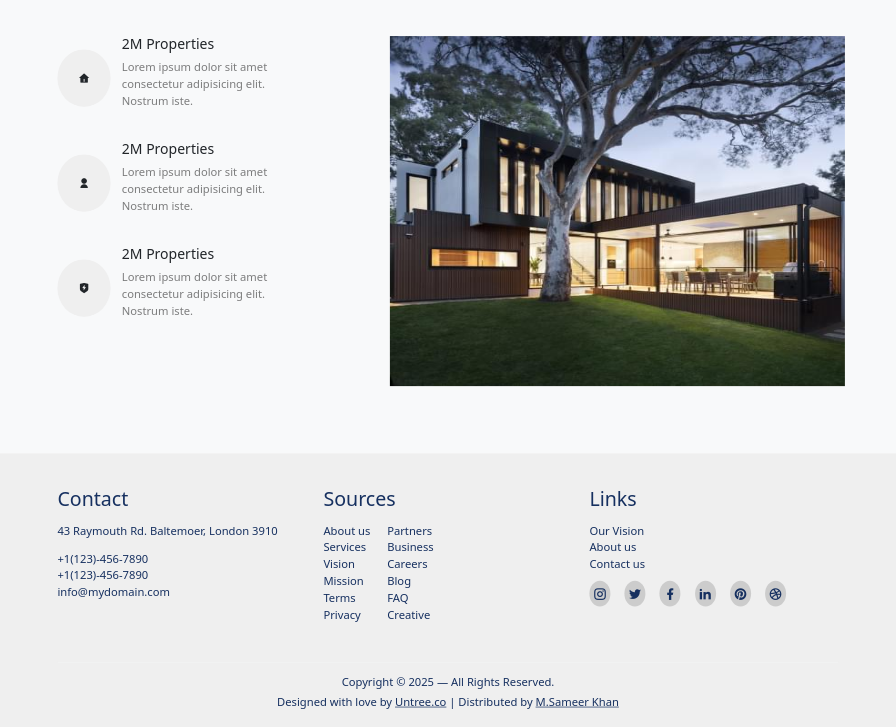
Repository: sameerrrrkhan911-git/Property
Page: about.html
The author's editor kept a copy of each file at every save. The page is drawn from the files as they stood at one save, then again after a run of saves.
The browser window is 1280 px wide. The pictures show the part of the page from y = 1151 to 3071 px (the page is 2190 px tall before and 3071 px after), at 70% of full size.
Some web libraries are served in a nearby version.

Above is the page before, as saved 2025-09-28 18:34:56.
Console error: TypeError: Cannot read properties of undefined (reading 'length')

### about.html
<!DOCTYPE html>
<html lang="en">
<head>
    <meta charset="utf-8">
    <meta name="viewport" content="width=device-width, initial-scale=1">
    <title>Property</title>

    <!--====== LINKS ========-->
    <link href="https://cdn.jsdelivr.net/npm/bootstrap@5.3.8/dist/css/bootstrap.min.css" rel="stylesheet">
    <link
        href="https://fonts.googleapis.com/css2?family=Montserrat:wght@400;600&family=Open+Sans:wght@400;600&display=swap"
        rel="stylesheet">
    <link href="https://unpkg.com/aos@2.3.1/dist/aos.css" rel="stylesheet">
    <link href="https://cdn.jsdelivr.net/npm/remixicon@4.5.0/fonts/remixicon.css" rel="stylesheet">
    <link href="https://cdnjs.cloudflare.com/ajax/libs/tiny-slider/2.9.4/tiny-slider.css" rel="stylesheet">
    <link rel="stylesheet" href="assets/css/style2.css">
    <link rel="stylesheet" href="assets/css/style.css">

</head>
<body>

<!--=====HEADER=====-->
    <header>
        <section id="Right-Step">
            <div class="bg-holder overlay overlay-elixir">
            </div>

            <!-- Navbar -->
            <nav
                class="navbar navbar-expand-lg green-color p-3 mt-4 sticky-top position-absolute top-0 start-50 translate-middle-x w-75 rounded-3 shadow">
                <div class="container-fluid">
                    <!-- Brand -->
                    <a class="navbar-brand text-white fw-bold" href="#">Property</a>

                    <!-- Toggler for Mobile -->
                    <button class="navbar-toggler bg-light" type="button">
                        <span class="navbar-toggler-icon"></span>
                    </button>

                    <!-- Navbar Links -->
                    <div class="collapse navbar-collapse" id="navbarNavDropdown">
                        <ul class="navbar-nav ms-auto">
                            <li class="nav-item">
                                <a class="nav-link text-white active" aria-current="page" href="index.html">Home</a>
                            </li>
                            <li class="nav-item dropdown">
                                <a class="nav-link dropdown-toggle text-white" href="#" role="button"
                                    data-bs-toggle="dropdown" aria-expanded="false">
                                    Properties
                                </a>
                                <ul class="dropdown-menu">
                                    <li><a class="dropdown-item" href="#">Action</a></li>
                                    <li><a class="dropdown-item" href="#">Another action</a></li>
                                    <li><a class="dropdown-item" href="#">Something else here</a></li>
                                </ul>
                            </li>
                            <li class="nav-item"><a class="nav-link text-white" href="service.html">Service</a></li>
                            <li class="nav-item"><a class="nav-link text-white" href="about.html">About</a></li>
                            <li class="nav-item"><a class="nav-link text-white" href="contact.html">Contact Us</a></li>
                        </ul>
                    </div>
                </div>
            </nav>

            <!--/.bg-holder-->
            <div class="forbg py-5">
                <div class="container">

                    <div class="row justify-content-center align-items-center">
                        <div class="col-lg-9 text-center mt-5">
                            <h1 class="heading aos-init aos-animate white mt-3 fw-bold" data-aos="fade-up">About</h1>

                            <nav aria-label="breadcrumb" data-aos="fade-up" data-aos-delay="200"
                                class="aos-init aos-animate">
                                <ol class="breadcrumb text-center justify-content-center">
                                    <li class="breadcrumb-item"><a href="index.html" style="color: white;">Home</a></li>
                                    <li class="ms-2 me-2 text-white-50" aria-current="page">
                                        /
                                    </li>
                                    <li class="breadcrumb-item active text-white-50" aria-current="page">
                                        About
                                    </li>
                                </ol>
                            </nav>
                        </div>
                    </div>
                </div>
            </div><!-- end of .container-->
        </section>
    </header>

    <!--====MAIN====-->

    <main>

<div class="section">
      <div class="container">
        <div class="row text-left mb-5 py-5">
          <div class="col-12">
            <h2 class="font-weight-bold heading  mb-4">About Us</h2>
          </div>
          <div class="col-lg-6">
            <p class="text-black-50">
              Lorem ipsum dolor sit amet consectetur adipisicing elit. Numquam
              enim pariatur similique debitis vel nisi qui reprehenderit totam?
              Quod maiores.
            </p>
            <p class="text-black-50">
              Lorem ipsum dolor sit amet consectetur adipisicing elit. Magni
              saepe, explicabo nihil. Est, autem error cumque ipsum repellendus
              veniam sed blanditiis unde ullam maxime veritatis perferendis
              cupiditate, at non esse!
            </p>
            <p class="text-black-50">
              Enim, nisi labore exercitationem facere cupiditate nobis quod
              autem veritatis quis minima expedita. Cumque odio illo iusto
              reiciendis, labore impedit omnis, nihil aut atque, facilis
              necessitatibus asperiores porro qui nam.
            </p>
          </div>
          <div class="col-lg-6">
            <p class="text-black-50">
              Lorem ipsum dolor sit amet consectetur adipisicing elit. Magni
              saepe, explicabo nihil. Est, autem error cumque ipsum repellendus
              veniam sed blanditiis unde ullam maxime veritatis perferendis
              cupiditate, at non esse!
            </p>
            <p class="text-black-50">
              Enim, nisi labore exercitationem facere cupiditate nobis quod
              autem veritatis quis minima expedita. Cumque odio illo iusto
              reiciendis, labore impedit omnis, nihil aut atque, facilis
              necessitatibus asperiores porro qui nam.
            </p>
          </div>
        </div>
      </div>
    </div>

 <!--Lets find home that is perfect for you  -->

      <div class="section section-4 bg-light py-5">
        <div class="container">
          <div class="row justify-content-center text-center mb-5">
            <div class="col-lg-5">
              <h2 class="font-weight-bold mb-4">
                Let's find home that's perfect for you
              </h2>
              <p class="text-black-50">
                Lorem ipsum dolor sit amet consectetur adipisicing elit. Numquam
                enim pariatur similique debitis vel nisi qui reprehenderit.
              </p>
            </div>
          </div>
          <div class="row justify-content-between mb-5 ">

            <div class="col-lg-7 mb-5 mb-lg-0 order-lg-2">
              <div class="img-about dots">
                <img src="./assets/images/img_2.jpg" alt="Image"  width="650px" height="500px">
              </div>
            </div>
            <div class="col-lg-4">
              <div class="d-flex align-items-center marginn">
                <span class="wrap-icon me-3">
                  <span class="icon-home2" style="border-radius: 50%; padding: 30px; background-color: #efefef;"><i
                      class="ri-home-4-fill"></i></span>
                </span>
                <div class="feature-text">
                  <h3 class="fs-5">2M Properties</h3>
                  <p class="text-black-50">
                    Lorem ipsum dolor sit amet consectetur adipisicing elit.
                    Nostrum iste.
                  </p>
                </div>
              </div>

              <div class="d-flex align-items-center marginn">
                <span class="wrap-icon me-3">
                  <span class="icon-home2" style="border-radius: 50%; padding: 30px; background-color: #efefef;"><i
                      class="ri-user-fill"></i></span>
                </span>
                <div class="feature-text">
                  <h3 class="fs-5">2M Properties</h3>
                  <p class="text-black-50">
                    Lorem ipsum dolor sit amet consectetur adipisicing elit.
                    Nostrum iste.
                  </p>
                </div>
              </div>

              <div class="d-flex align-items-center marginn">
                <span class="wrap-icon me-3">
                  <span class="icon-home2" style="border-radius: 50%; padding: 30px; background-color: #efefef;"><i
                      class="ri-shield-flash-fill"></i></span>
                </span>
                <div class="feature-text">
                  <h3 class="fs-5">2M Properties</h3>
                  <p class="text-black-50">
                    Lorem ipsum dolor sit amet consectetur adipisicing elit.
                    Nostrum iste.
                  </p>
                </div>
              </div>
            </div>

          </div>
        </div>
      </div>
<!--  -->

    </main>

<!-- FOOTER -->
<footer class="greyy py-5 pb-4 grey">

  <div class="container">
    <div class="row">

      <!-- Contact -->
      <div class="col-lg-4 col-md-6 mb-4">
        <h3 class="mb-3 font-color">Contact</h3>
        <address class="mb-3 font-color">43 Raymouth Rd. Baltemoer, London 3910</address>
        <ul class="list-unstyled">
          <li><a href="tel://11234567890" class=" text-decoration-none" style="color: #163060;">+1(123)-456-7890</a></li>
          <li><a href="tel://11234567890" class=" text-decoration-none" style="color: #163060;">+1(123)-456-7890</a></li>
          <li><a href="mailto:info@mydomain.com" class=" text-decoration-none" style="color: #163060;">info@mydomain.com</a></li>
        </ul>
      </div>

      <!-- Sources -->
      <div class="col-lg-4 col-md-6 mb-4">
        <h3 class="mb-3 font-color">Sources</h3>
        <div class="d-flex">
          <ul class="list-unstyled me-4">
            <li><a href="#" class="font-color text-decoration-none">About us</a></li>
            <li><a href="#" class="font-color text-decoration-none">Services</a></li>
            <li><a href="#" class="font-color text-decoration-none">Vision</a></li>
            <li><a href="#" class="font-color text-decoration-none">Mission</a></li>
            <li><a href="#" class="font-color text-decoration-none">Terms</a></li>
            <li><a href="#" class="font-color text-decoration-none">Privacy</a></li>
          </ul>
          <ul class="list-unstyled">
            <li><a href="#" class="font-color text-decoration-none">Partners</a></li>
            <li><a href="#" class="font-color text-decoration-none">Business</a></li>
            <li><a href="#" class="font-color text-decoration-none">Careers</a></li>
            <li><a href="#" class="font-color text-decoration-none">Blog</a></li>
            <li><a href="#" class="font-color text-decoration-none">FAQ</a></li>
            <li><a href="#" class="font-color text-decoration-none">Creative</a></li>
          </ul>
        </div>
      </div>

      <!-- Links & Social -->
      <div class="col-lg-4 col-md-12 mb-4">
        <h3 class="mb-3 font-color">Links</h3>
        <ul class="list-unstyled">
          <li><a href="#" class="font-color text-decoration-none">Our Vision</a></li>
          <li><a href="#" class="font-color text-decoration-none">About us</a></li>
          <li><a href="#" class="font-color text-decoration-none">Contact us</a></li>
        </ul>

        <!-- Social icons -->
        <div class="mt-3">
          <a href="#" class="font-color me-3 fs-5 roundd text-color dark-grey"><i class="ri-instagram-line"></i></a>
          <a href="#" class="font-color me-3 fs-5 roundd dark-grey" ><i class="ri-twitter-fill"></i></a>
          <a href="#" class="font-color me-3 fs-5 roundd dark-grey"><i class="ri-facebook-fill"></i></a>
          <a href="#" class="font-color me-3 fs-5 roundd dark-grey"><i class="ri-linkedin-fill"></i></a>
          <a href="#" class="font-color me-3 fs-5 roundd dark-grey"><i class="ri-pinterest-fill"></i></a>
          <a href="#" class="font-color fs-5 roundd dark-grey"><i class="ri-dribbble-line"></i></a>
        </div>
      </div>

    </div>

    <hr class="border-light">

    <!-- Copyright -->
    <div class="row">
      <div class="col-12 text-center">
        <p class="mb-1 font-color">
          Copyright © <script>document.write(new Date().getFullYear());</script> — All Rights Reserved.
        </p>
        <p class="mb-0 font-color">
          Designed with love by <a href="https://untree.co" class="font-color text-decoration-underline">Untree.co</a>
          | Distributed by <a href="https://themewagon.com/" target="_blank" class="font-color text-decoration-underline">M.Sameer Khan</a>
        </p>
      </div>
    </div>

  </div>

</footer>

  <!-- Bootstrap JS -->
  <script src="https://cdn.jsdelivr.net/npm/bootstrap@5.3.8/dist/js/bootstrap.bundle.min.js"></script>
  <!-- AOS JS -->
  <script src="https://unpkg.com/aos@2.3.1/dist/aos.js"></script>

  <script>
    AOS.init({
      duration: 1000,
      once: true
    });
  </script>

  <script src="https://cdnjs.cloudflare.com/ajax/libs/tiny-slider/2.9.4/min/tiny-slider.js"></script>

  <script>
    var slider = tns({
      container: '.property-slider',
      items: 3,
      slideBy: 1,
      autoplay: false,
      controls: true,
      nav: false,
      gutter: 20,
      controlsContainer: '.slider-controls',
      prevButton: '.prev',
      nextButton: '.next',
      responsive: {
        0: { items: 1 },
        768: { items: 2 },
        1200: { items: 3 }
      }
    });
  </script>

</body>
</html>

### assets/css/style.css
/* ==============================
   Root Variables
=================================*/
:root {
  --green-color: #005555;
   --heading-color: #2a3855;
}

.green-color {
  background-color: var(--green-color);
}

.green{
  color: var(--green-color);
}

.black{
  color: black;
}

.para{
  text-align: left;
}

.heading-color{
  color: var(--heading-color);
}

.z-9 {
  z-index: 9 !important;
}

.white {
  color: white;
}

.green-line{
   height: 2px;
  width: 120px;
 background-color: var(--green-color);
 margin-bottom: 10px;
}

.black-line{
   height: 2px;
  width: 80px;
 background-color: black;
 margin: 10px auto;
}

.white-bg{
  background-color: white;
}

.fs-6{
  font-size: 5px;
}

.marginn{
  margin-bottom: 30px;
}

.a{
  text-decoration: none;
}


.dark-grey{
  background-color: #cccccc;
}

.text-color{
  color: #909ba6;
}
/* ==============================
Header
=================================*/


/* Hero background */
.hero-header {
  background-image: url("../images/hero_bg_3.jpg") !important;
  background-repeat: no-repeat;
  background-position: center center;
  background-size: cover;
  min-height: 100vh;
  position: relative;
  display: flex;
  align-items: center;
}



/* Overlay */
.hero-header::before {
  content: "";
  position: absolute;
  top: 0;
  left: 0;
  width: 100%;
  height: 100%;
  background: rgba(0, 0, 0, 0.5);
  z-index: 0;
}

/* Keep hero text above overlay */
.hero {
  position: relative;
  z-index: 1;
}

/* White text */
.white {
  color: #fff !important;
}

/* Responsive adjustments */
@media (max-width: 768px) {
  nav.navbar {
    width: 90% !important;
    margin-top: 1rem !important;
    padding: 0.75rem 1rem !important;
  }

  .hero h1 {
    font-size: 1.75rem;
    line-height: 1.3;
  }

  .hero form {
    flex-direction: column !important;
    gap: 0.75rem;
  }

  .hero input {
    width: 100% !important;
  }

  .hero button {
    width: 100% !important;
  }
}

@media (max-width: 576px) {
  .hero h1 {
    font-size: 1.5rem;
  }
}

/* Popular properties */

.property-slider {
  overflow: hidden;
}

.property-item {
  background: #fff;
  border-radius: 8px;
  overflow: hidden;
}

.property-content {
  background: #fff;
  border-radius: 8px;
}

/* Features */

.features-1 {
    padding-top: 30px;
    position: relative;
    z-index: 8;
    text-align: center;
    background-color: rgba(0, 32, 74, 0.05);
}

/* ==========================
   Testimonials Section
========================== */

.sec-testimonials .heading {
  font-size: 2rem;
  font-weight: 700;
}

/* Prev/Next buttons */
#testimonial-nav {
  display: flex;
  gap: 10px;
}

#testimonial-nav span {
  cursor: pointer;
  font-size: 14px;
  color: #002855;
  background: #e9ecef;
  padding: 6px 14px;
  border-radius: 20px;
  transition: all 0.3s ease;
}

#testimonial-nav span:hover {
  background: #002855;
  color: #fff;
}

/* Testimonials layout */
.testimonial-slider {
  display: grid;
  grid-template-columns: repeat(auto-fit, minmax(300px, 1fr));
  gap: 40px;
  margin-top: 30px;
  text-align: center;
}

.testimonial {
  padding: 20px;
}

.testimonial img {
  width: 90px;
  height: 90px;
  object-fit: cover;
  margin-bottom: 15px;
  border: 3px solid #ddd;
}

.testimonial .rate {
  margin: 10px 0;
  font-size: 16px;
  color: #f1c40f;
}

.testimonial h3 {
  margin-bottom: 10px;
  font-size: 1.1rem;
  font-weight: 600;
}

.testimonial blockquote {
  font-style: italic;
  font-size: 0.95rem;
  color: #555;
  margin: 10px 0 15px;
}

.greyy{
  background-color: #efefef;
}

.testimonial p.text-muted {
  font-size: 0.85rem;
  color: #888;
}

.img-fluid {
   max-width: 100%;
    height: auto;
}

/* Call To Action */
.footer-cta {
  background: white ;
  padding: 50px;
}

.footer-cta .btn-primary {
  border-radius: 30px;
  font-size: 1.1rem;
  transition: all 0.3s ease;
}

.footer-cta .btn-primary:hover {
  background: #003f3f;
  transform: translateY(-3px);
  box-shadow: 0 6px 15px rgba(0,0,0,0.2);
}

/* Our Agents */
.section_1{
  background-color: #f8f9fa;
}

/* Agent Card */
.person {
  background: #fff;
  border-radius: 12px;
  padding: 60px 20px 30px;
  text-align: center;
  position: relative;
  box-shadow: 0 4px 20px rgba(0,0,0,0.05);
  transition: all 0.3s ease;
}

.person:hover {
  transform: translateY(-8px);
  box-shadow: 0 12px 30px rgba(0,0,0,0.1);
}

/* Profile Image */
.person img {
  width: 100px;
  height: 100px;
  object-fit: cover;
  border-radius: 50%;
  position: absolute;
  top: -50px;
  left: 50%;
  transform: translateX(-50%);
}

/* Text styling */
.person-contents h2 {
  margin-top: 60px;
  font-size: 1.2rem;
  font-weight: 600;
}

.person-contents .meta {
  font-size: 0.9rem;
  color: #6c757d;
  margin-bottom: 15px;
}

.person-contents p {
  font-size: 0.95rem;
  color: #555;
  margin-bottom: 20px;
}

/* Social icons */
.social a {
  display: inline-flex;
  justify-content: center;
  align-items: center;
  width: 40px;
  height: 40px;
  margin: 0 5px;
  border-radius: 50%;
  background: #002855;
  color: #fff;
  transition: all 0.3s ease;
  text-decoration: none;
}

.social a:hover {
  background: #005555;
}

h2 a {
  color: #000;
  text-decoration: none;
}

.roundd{

  border-radius: 50%;
  text-decoration: none;
  padding: 5px;
}

.font-color{
 color: #163060;
}

.forbg {
    height: 400px;
    background: linear-gradient(to bottom, rgba(0, 0, 0, 0.5), rgba(0, 0, 0, 0.5)), url(../images/hero_bg_1.jpg);
    background-size: cover;
    background-position: center;
}

a{
  text-decoration: none;
}

Loaded but not shown: assets/css/style2.css (library)

After the next 7 saves:
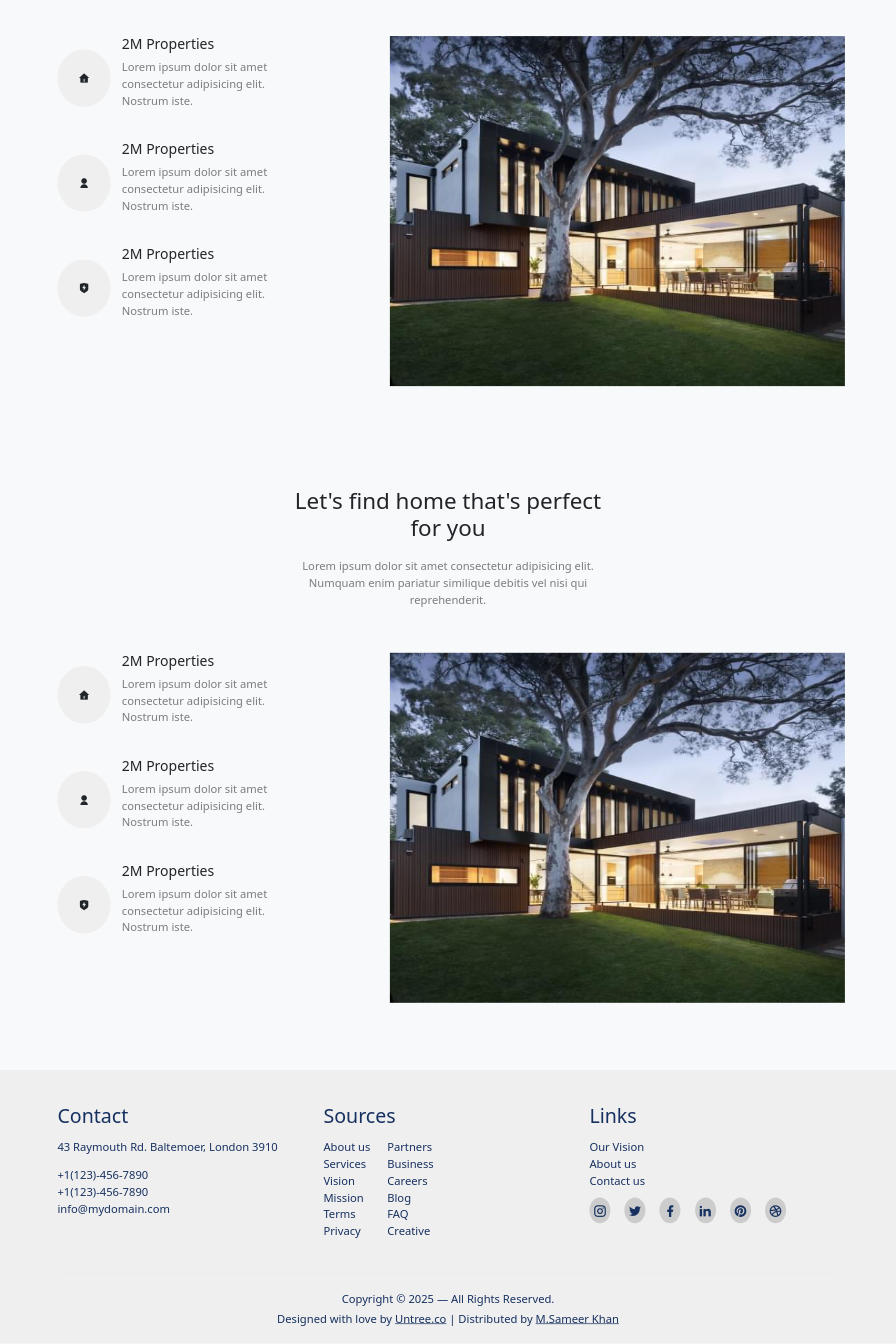
The 7 saves are shown as one change because they came seconds apart.
The last was saved 24 s later.
--- a/about.html
+++ b/about.html
@@ -205,7 +205,77 @@
           </div>
         </div>
       </div>
-<!--  -->
+
+<!--NUMBER # 2-->
+
+<div class="section section-4 bg-light py-5">
+        <div class="container">
+          <div class="row justify-content-center text-center mb-5">
+            <div class="col-lg-5">
+              <h2 class="font-weight-bold mb-4">
+                Let's find home that's perfect for you
+              </h2>
+              <p class="text-black-50">
+                Lorem ipsum dolor sit amet consectetur adipisicing elit. Numquam
+                enim pariatur similique debitis vel nisi qui reprehenderit.
+              </p>
+            </div>
+          </div>
+          <div class="row justify-content-between mb-5 ">
+
+            <div class="col-lg-7 mb-5 mb-lg-0 order-lg-2">
+              <div class="img-about dots">
+                <img src="./assets/images/img_2.jpg" alt="Image"  width="650px" height="500px">
+              </div>
+            </div>
+            <div class="col-lg-4">
+              <div class="d-flex align-items-center marginn">
+                <span class="wrap-icon me-3">
+                  <span class="icon-home2" style="border-radius: 50%; padding: 30px; background-color: #efefef;"><i
+                      class="ri-home-4-fill"></i></span>
+                </span>
+                <div class="feature-text">
+                  <h3 class="fs-5">2M Properties</h3>
+                  <p class="text-black-50">
+                    Lorem ipsum dolor sit amet consectetur adipisicing elit.
+                    Nostrum iste.
+                  </p>
+                </div>
+              </div>
+
+              <div class="d-flex align-items-center marginn">
+                <span class="wrap-icon me-3">
+                  <span class="icon-home2" style="border-radius: 50%; padding: 30px; background-color: #efefef;"><i
+                      class="ri-user-fill"></i></span>
+                </span>
+                <div class="feature-text">
+                  <h3 class="fs-5">2M Properties</h3>
+                  <p class="text-black-50">
+                    Lorem ipsum dolor sit amet consectetur adipisicing elit.
+                    Nostrum iste.
+                  </p>
+                </div>
+              </div>
+
+              <div class="d-flex align-items-center marginn">
+                <span class="wrap-icon me-3">
+                  <span class="icon-home2" style="border-radius: 50%; padding: 30px; background-color: #efefef;"><i
+                      class="ri-shield-flash-fill"></i></span>
+                </span>
+                <div class="feature-text">
+                  <h3 class="fs-5">2M Properties</h3>
+                  <p class="text-black-50">
+                    Lorem ipsum dolor sit amet consectetur adipisicing elit.
+                    Nostrum iste.
+                  </p>
+                </div>
+              </div>
+            </div>
+
+          </div>
+        </div>
+      </div>
+
 
     </main>
 
